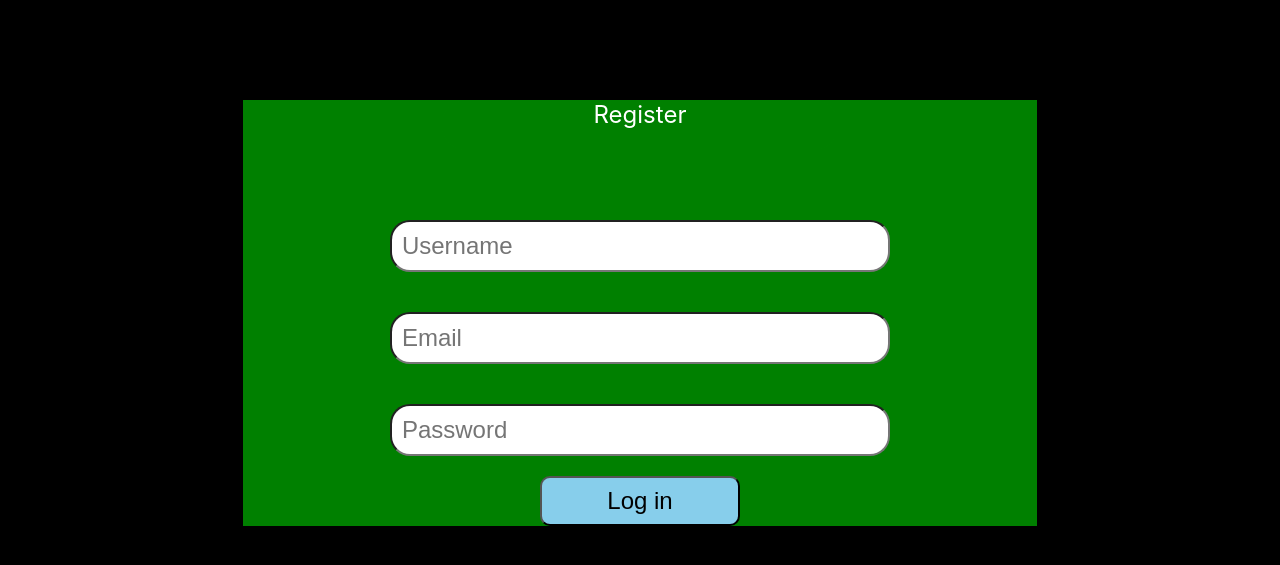
Repository: abhaysharma20233009/swiftKey
Page: /login (app in frontend/my-app/)
The author's editor kept a copy of each file at every save. The page is drawn from the files as they stood at one save, then again after the next save.
The browser window is 1280 px wide. The pictures show the whole page.
The project was rebuilt for these pictures with package versions that can differ from the ones it lists, and the page was loaded fresh each time. Also part of the build but not shown: frontend/my-app/src/Swifts.js, frontend/my-app/src/Results.js.

Above is the page before, as saved 2024-10-10 20:01:19.

### frontend/my-app/src/App.js
//App.js

import './App.css';
import React from 'react';
import { BrowserRouter as Router, Route, Routes } from 'react-router-dom';
import Swift from './Swifts';
import Results from './Results';
import Login from './Login';
const App = () => {
    return (
        <Router>
			<div className="App">
            <Routes>
                <Route path="/" element={<Swift />} />
                <Route path="/results" element={<Results />} />
                <Route path="/login" element={<Login />} />
            </Routes>
			</div>
        </Router>
    );
};

export default App;

### frontend/my-app/src/App.css
.App {
  text-align: center;
  color:white;
}

body{
  background-color:black;
}

.log{
  color:black;
  margin-left: 10px;
  margin-right: 10px;
  background-color: skyblue;
  border-radius: 10px;
  height:50px;
  width:200px;
  justify-self: end;
  font-size: x-large;
}




.in{
  border-radius:20px;
  font-size: 24px;
  width: 60%;
  padding: 10px;
  margin: 20px 0;
}

.hea{
  margin-top: 100px;
  margin-bottom: 50px;
  margin-left:25%;
  background-color: lightgray;
  font-size: 24px;
  background-color:green;
  width:50%;
  height:50px;
  border-radius:30px;
  text-align: center;
}

.lo{
  text-align:center;
}
.Timer{
  height:50px;
  font-size:30px;
  margin-bottom: 10px;
  background-color:green;
  width:50px;
  margin-left:48%;
  border-radius: 15px;
}

.form{
  background-color:green;
  width:62%;
  margin-left:19%;
}

### frontend/my-app/src/Login.js
// Register.js
import React, { useState } from 'react';
import { useNavigate } from 'react-router-dom';
const Login = () => {
    const [username, setUsername] = useState('');
    const [email, setEmail] = useState('');
    const [password, setPassword] = useState('');

    const navigate = useNavigate();
    const fetchUser = async () => {
        try {
            await fetch('http://localhost:7000/login');

        } catch (error) {
            console.error('Error fetching messages:', error);
        }
    };

    const log = async () => {
        try {
            navigate('/', { state: { username,email } });
            const response = await fetch('http://localhost:7000/login', {
                method: 'POST',
                headers: {
                    'Content-Type': 'application/json',
                },
                body: JSON.stringify({ userName: username, email, password }),
            });

            if (!response.ok) {
                const errorData = await response.json();
                alert(errorData.message || errorData.error);
                return;
            }else{
                alert("user successfully registered");
            }
            // Reset fields
            setUsername('');
            setPassword('');

            // Navigate to Swifts with username

            await fetchUser();

        } catch (error) {
            console.error('Error login:', error);
        }
    }


    return (
        <div>

            <form className ="form">
            <div  className='hea'>Register</div>
                <input
                    className="in"
                    type="text"
                    placeholder="Username"
                    value={username}
                    onChange={(e) => setUsername(e.target.value)}
                    required
                />
                <br/>
                <input
                className="in"
                    type="email"
                    placeholder="Email"
                    value={email}
                    onChange={(e) => setEmail(e.target.value)}
                    required
                />
                <br/>
                <input

                className="in"
                    type="password"
                    placeholder="Password"
                    value={password}
                    onChange={(e) => setPassword(e.target.value)}
                    required
                />
                <br/>
                <button className="log" onClick={log}>Log in</button>
            </form>
        </div>
    );
};

export default Login;

Loaded but not shown: frontend/my-app/public/index.html (common file); frontend/my-app/src/index.js (common file); frontend/my-app/src/index.css (common file); frontend/my-app/src/reportWebVitals.js (common file)

After the next save:
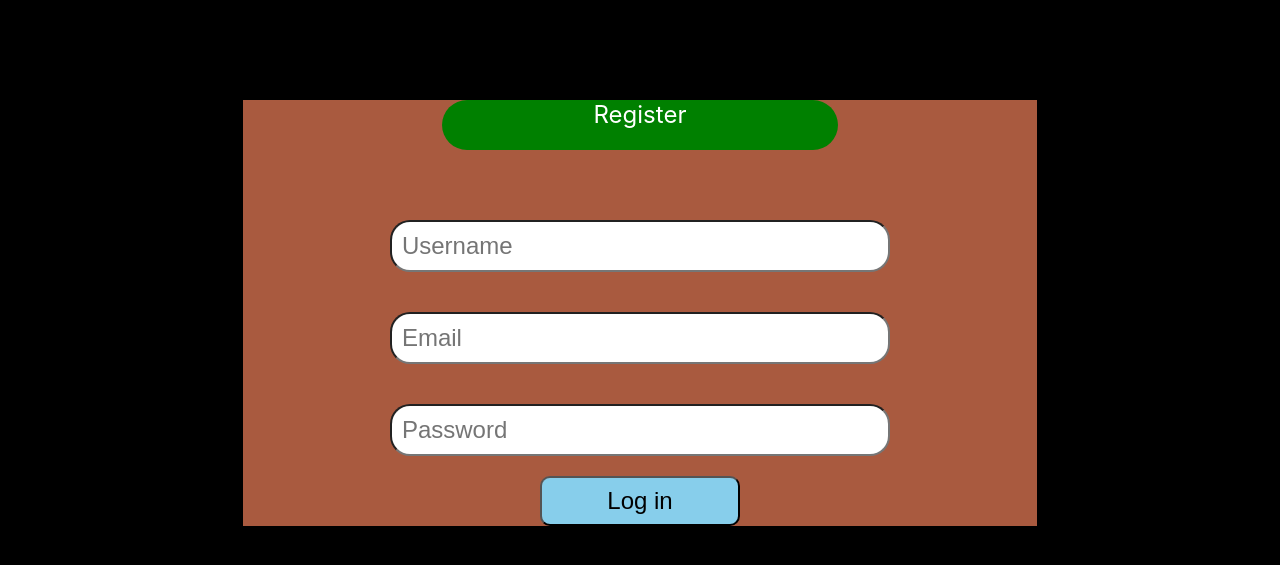
Saved 37 s later.
--- a/frontend/my-app/src/App.css
+++ b/frontend/my-app/src/App.css
@@ -57,7 +57,7 @@ body{
 }
 
 .form{
-  background-color:green;
+  background-color:rgb(169, 90, 63);
   width:62%;
   margin-left:19%;
 }
